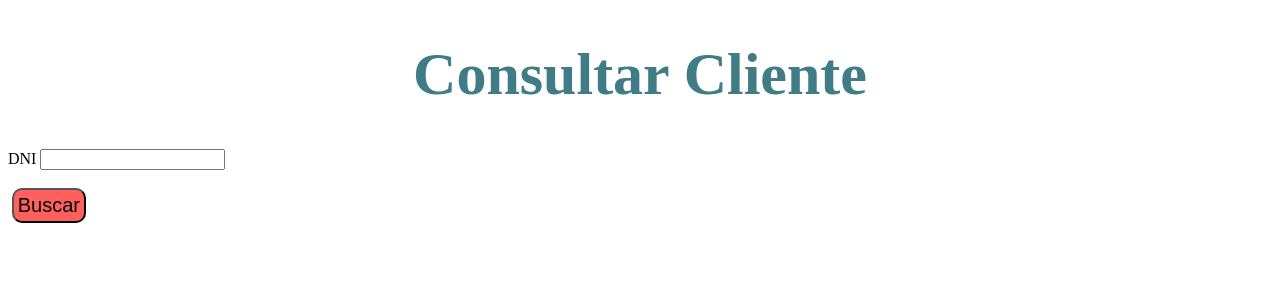
Repository: MCamilaM/app-web-register
Page: http://localhost/consultClient
The author's editor kept a record of every edit. The page is drawn from the files as they stood at one moment, then again after the next edit.
The browser window is 1280 px wide. The pictures show the whole page.
The page is served by the project's application, run on Flask 3 (server.py).

Above is the page before.

After the next edit:
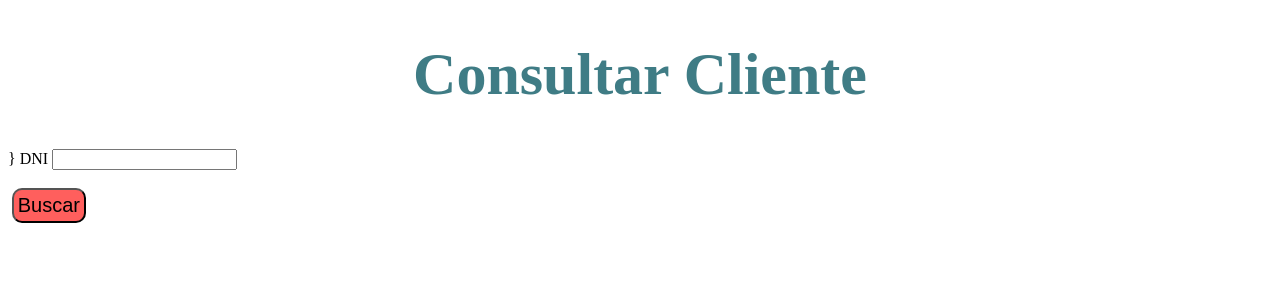
The edit:
--- a/templates/consultClient.html
+++ b/templates/consultClient.html
@@ -8,7 +8,7 @@
     </head>
     <body>
     <h1>Consultar Cliente</h1>
-      <form>
+     }
         <label for="dni">DNI</label>
         <input type="number" id="dni" name="dni" required/><br><br>
 

After the 2 edits that followed:
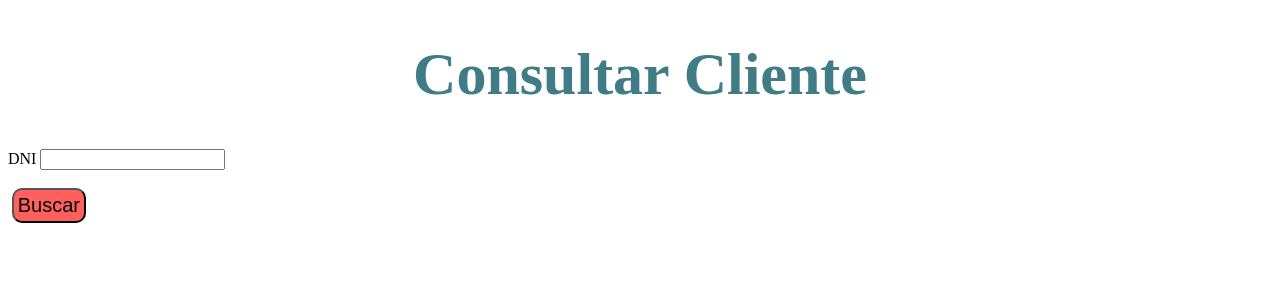
The 2 edits are shown as one change because 1 left the picture as it was.
The edit:
--- a/templates/consultClient.html
+++ b/templates/consultClient.html
@@ -8,13 +8,18 @@
     </head>
     <body>
     <h1>Consultar Cliente</h1>
-     }
+
+     <div >
+
+
+
+     </div>
         <label for="dni">DNI</label>
         <input type="number" id="dni" name="dni" required/><br><br>
 
         <button onClick="consult_client_id()">Buscar</button>
 
-      </form>
+
 
          <div id="cliente-info"> </div>
 </body>
